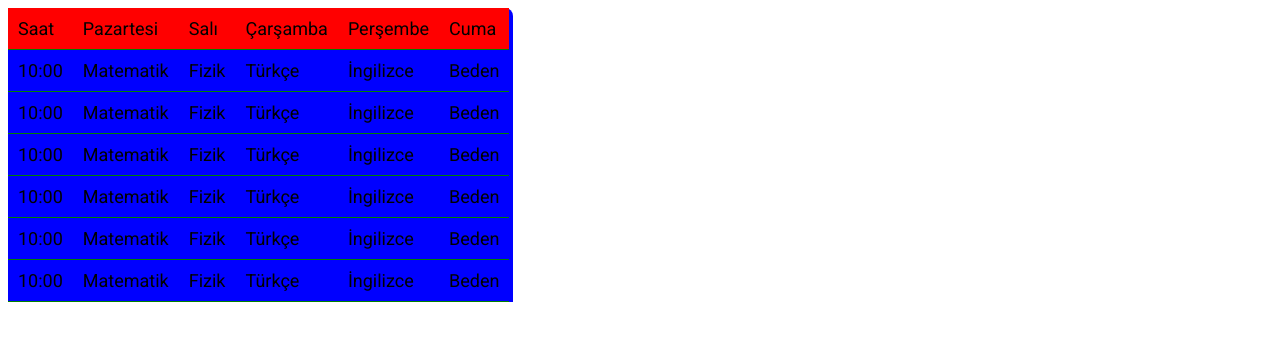
Repository: ahmetbugraozcan/css-ders-programi
Page: deneme2.html
An editor plug-in stored every save of this project. The page is shown before and after the next save, followed by the edit.
The browser window is 1280 px wide. The pictures show the whole page.

Above is the page before, as saved 2021-07-10 15:26:49.

After the next save:
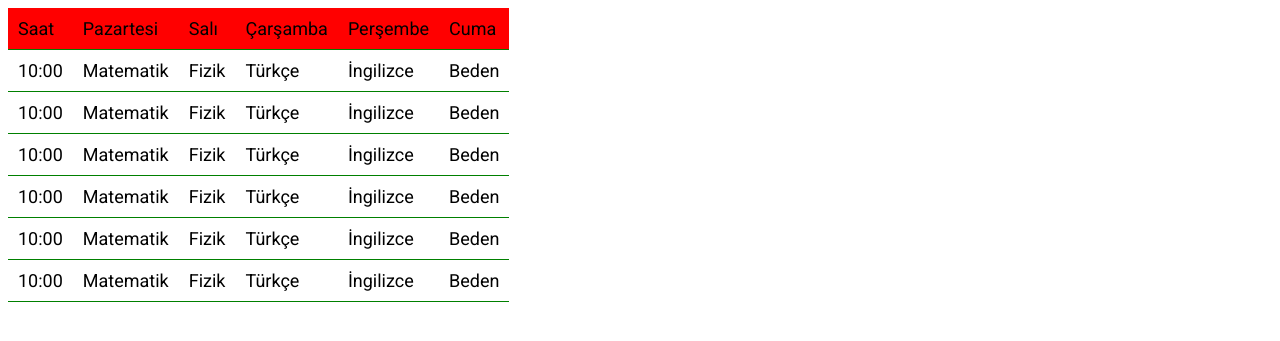
Saved 12 s later.
--- a/deneme2.html
+++ b/deneme2.html
@@ -18,8 +18,7 @@
             background-color: red;
         }
         .row {
-            width: 505px;
-             flex-wrap: wrap;
+            width: 0vmax;
             border-radius: 8px 8px 0 0;
             /* overflow: hidden; */
             display: flex;

After the 2 saves that followed:
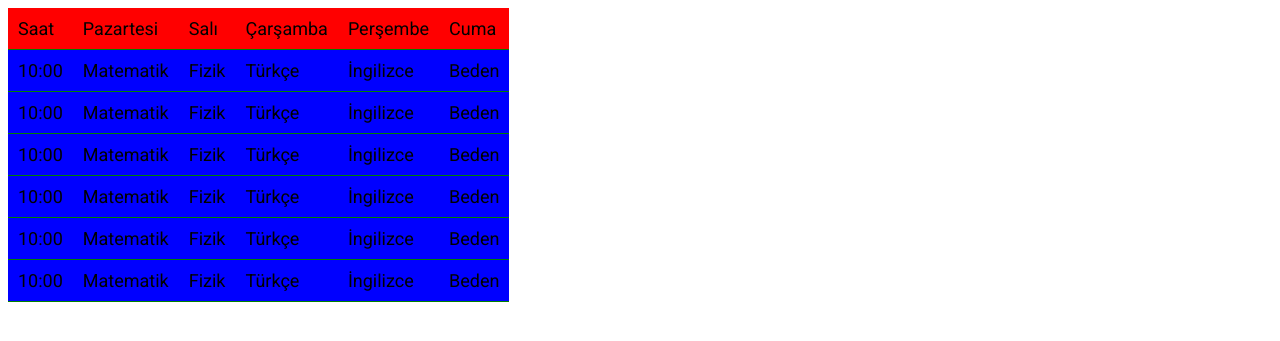
The 2 saves are shown as one change because they came seconds apart.
The last was saved 14 s later.
--- a/deneme2.html
+++ b/deneme2.html
@@ -18,7 +18,7 @@
             background-color: red;
         }
         .row {
-            width: 0vmax;
+            width: fit-content;
             border-radius: 8px 8px 0 0;
             /* overflow: hidden; */
             display: flex;
